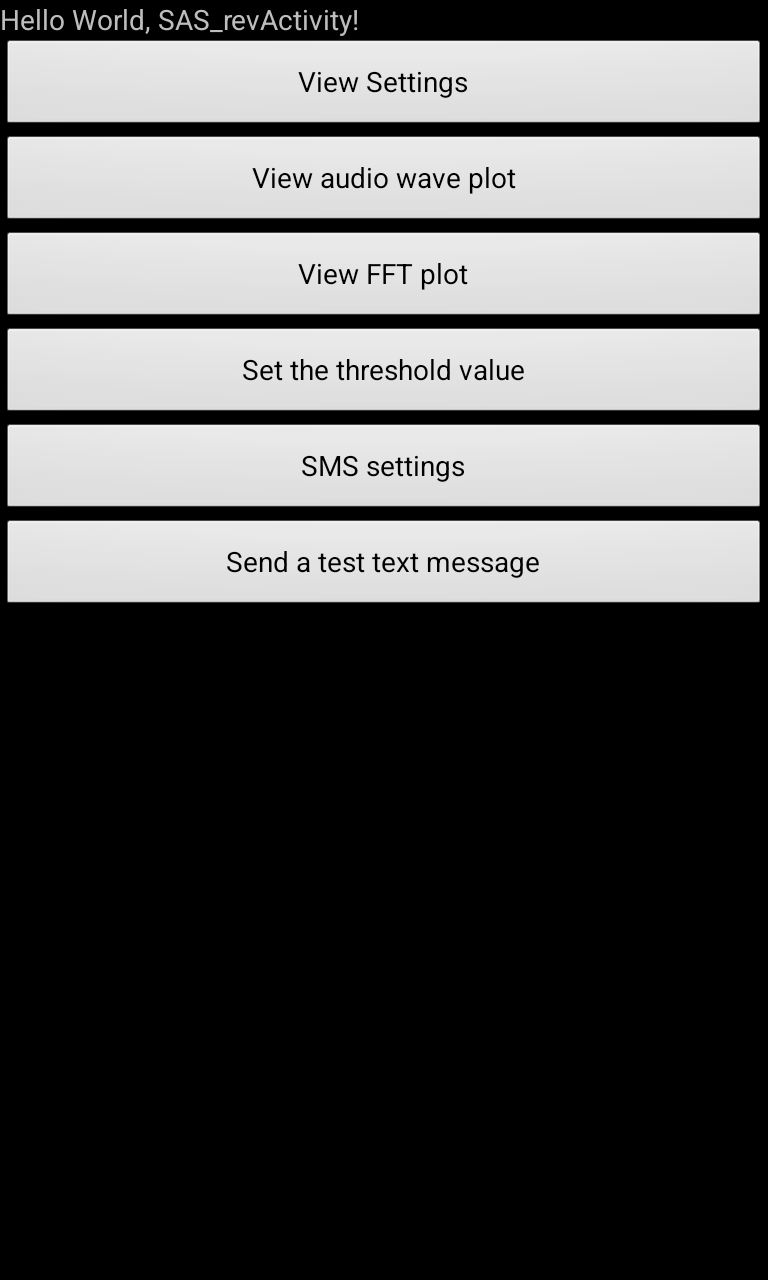
Repository: RaabsIn513/eclipse_workspace
Layout: SAS_revA/res/layout/main.xml
An editor plug-in stored every save of this project. The layout is shown before and after a run of saves, followed by the edit.
It is drawn on a 768 x 1280 px phone screen (xhdpi) without system bars, with theme android:Theme; the app's code is not run.

Above is the layout before, as saved 2012-02-23 19:14:29.

### SAS_revA/res/layout/main.xml
<?xml version="1.0" encoding="utf-8"?>
<LinearLayout xmlns:android="http://schemas.android.com/apk/res/android"
    android:layout_width="fill_parent"
    android:layout_height="fill_parent"
    android:orientation="vertical" >

    <TextView
        android:layout_width="fill_parent"
        android:layout_height="wrap_content"
        android:text="@string/hello" />

    <Button
        android:id="@+id/btnSettings"
        android:layout_width="fill_parent"
        android:layout_height="wrap_content"
        android:text="@string/Sets_btText" />

    <Button
        android:id="@+id/wave_plot"
        android:layout_width="fill_parent"
        android:layout_height="wrap_content"
        android:text="@string/viewWave_btText" />

    <Button
        android:id="@+id/FFT_plot"
        android:layout_width="fill_parent"
        android:layout_height="wrap_content"
        android:text="@string/viewFFT_btText" />

    <Button
        android:id="@+id/setThresh"
        android:layout_width="fill_parent"
        android:layout_height="wrap_content"
        android:text="@string/setThresh_btText" />

	<Button
        android:id="@+id/setSMS"
        android:layout_width="fill_parent"
        android:layout_height="wrap_content"
        android:text="@string/setSMS_btText" />

	<Button
        android:id="@+id/sendTestSMS"
        android:layout_width="fill_parent"
        android:layout_height="wrap_content"
        android:text="@string/sendSMS_btText" />


</LinearLayout>

### SAS_revA/res/values/strings.xml
<?xml version="1.0" encoding="utf-8"?>
<resources>

    <string name="hello">Hello World, SAS_revActivity!</string>

    <string name="app_name">SAS_rev</string>
	<string name="plotAct_text">Plot View</string>
    <string name="testSMSAct_text">Send Test Text Message</string>
    <string name="contactAct_text">Add or Edit an alert contact</string>
    <string name="settingsAct_text">SAS Settings</string>

	<string name="viewWave_btText">View audio wave plot</string>
    <string name="viewFFT_btText">View FFT plot</string>
    <string name="setThresh_btText">Set the threshold value</string>
    <string name="setSMS_btText">SMS settings</string>
    <string name="sendSMS_btText">Send a test text message</string>
    <string name="Sets_btText">View Settings</string>

    <string name="include_date_cb">Include the current date</string>
	<string name="include_time_cb">Include the current time</string>
	<string name="fake_data_text">False test data to send</string>

	<string name="edit">Edit</string>
    <string name="addnew">Add New</string>
    <string name="delete">Delete</string>
    <string name="view">View</string>


</resources>

After the next 2 saves:
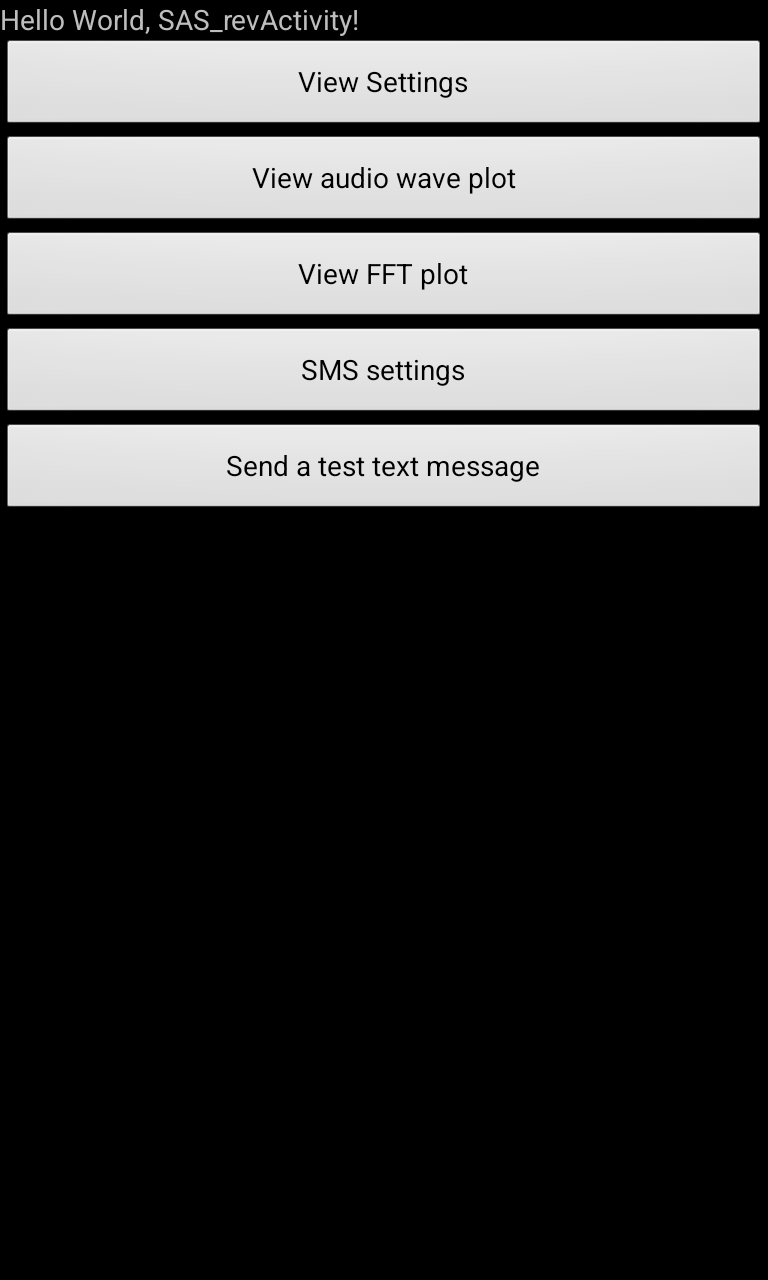
The 2 saves are shown as one change because they came seconds apart.
The last was saved 13 s later.
--- a/SAS_revA/res/layout/main.xml
+++ b/SAS_revA/res/layout/main.xml
@@ -27,12 +27,6 @@
         android:layout_height="wrap_content"
         android:text="@string/viewFFT_btText" />
 
-    <Button
-        android:id="@+id/setThresh"
-        android:layout_width="fill_parent"
-        android:layout_height="wrap_content"
-        android:text="@string/setThresh_btText" />
-
 	<Button
         android:id="@+id/setSMS"
         android:layout_width="fill_parent"
